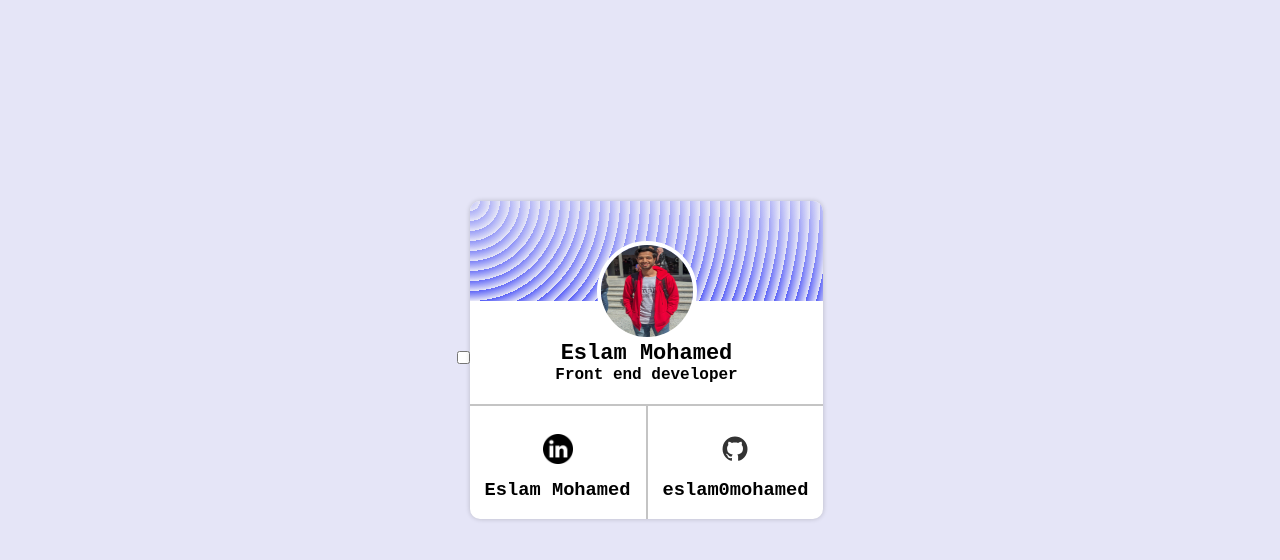
Repository: Eslam0Mohamed/profile-card-component
Page: index.html
The author's editor kept a copy of each file at every save. The page is drawn from the files as they stood at one save, then again after the next save.
The browser window is 1280 px wide. The pictures show the whole page.

Above is the page before, as saved 2024-07-25 19:07:12.

After the next save:
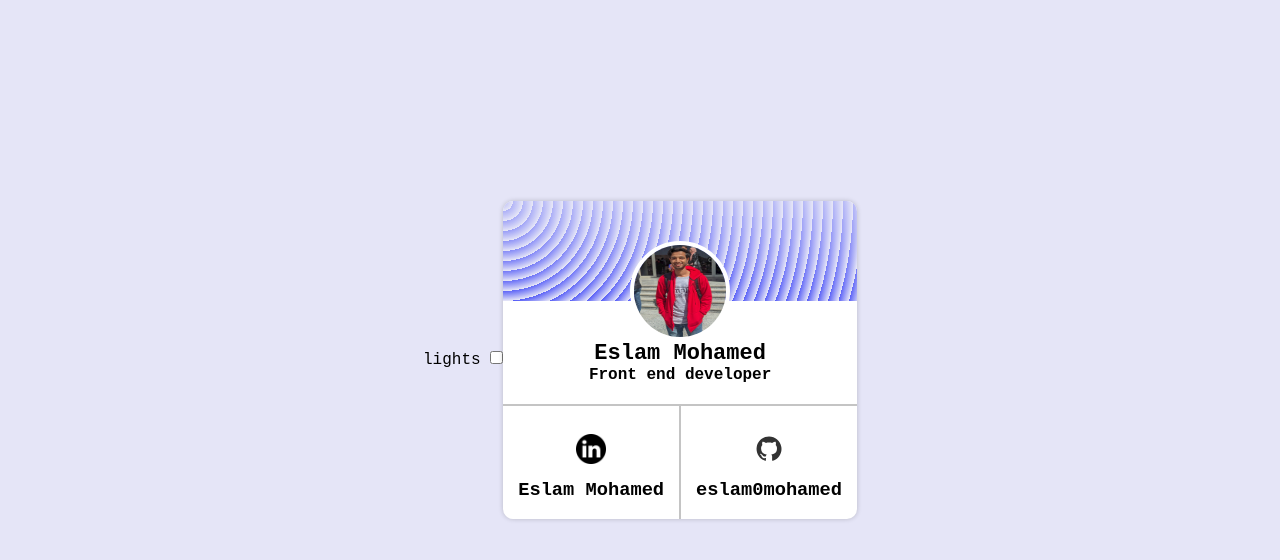
Saved 46 s later.
--- a/index.html
+++ b/index.html
@@ -9,6 +9,7 @@
   <body>
     <div class="container">
       <div class="lights-control">
+        lights
         <input type="checkbox" name="lights-input" id="lights-input" class="lights-input">
         <label for="light-input" class="lights-label"></label>
       </div>
